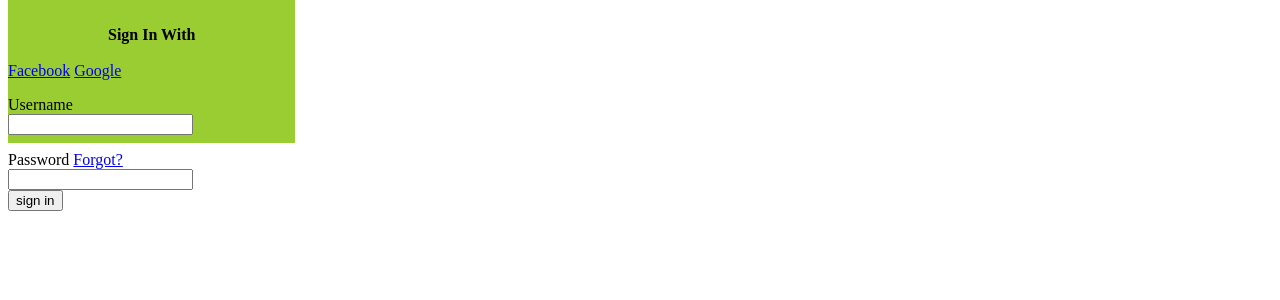
Repository: Tobby004/bdc-assignment-2
Page: index.html
The author's editor kept a copy of each file at every save. The page is drawn from the files as they stood at one save, then again after the next save.
The browser window is 1280 px wide. The pictures show the whole page.

Above is the page before, as saved 2023-02-09 06:48:39.

### index.html
<!DOCTYPE html>
<html lang="en">
<head>
    <meta charset="UTF-8">
    <meta http-equiv="X-UA-Compatible" content="IE=edge">
    <meta name="viewport" content="width=<device-width>, initial-scale=1.0">
    <title>Document</title>
    <link rel="stylesheet" href="task.css">
</head>
<body>
    <header>
    <div class="flex-container">
        <br>
            <b>
             Sign In With
            </b>
        <br>
        <br>
        <a href="#">
            Facebook</a>
            <a href="#">
                Google
            </a>
            </div>
        </header>

        <div class="form-input">
        <p>Username
            <br>
            <input type="text" placeholder="" />
        </p>
         <p>Password
            <a href="#">Forgot?</a>
            <br>
            <input type="password" /></
         </p>
         <br>
         <button>sign in</button>
        </div>

</body>
</html>

### task.css
*{
    border-sizing:border-box;
}
header b {
    background-color:yellowgreen ;
    display: flexbox;
    padding: 100px;
    width: 20px;
    max-width: 500%;
    justify-content: center;
}

After the next save:
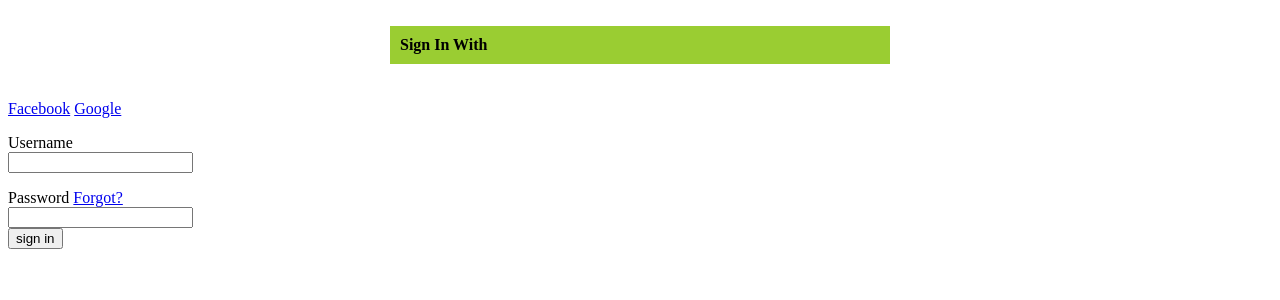
Saved 5 min 30 s later.
--- a/task.css
+++ b/task.css
@@ -1,11 +1,13 @@
 *{
-    border-sizing:border-box;
+    box-sizing:border-box;
 }
 header b {
     background-color:yellowgreen ;
-    display: flexbox;
-    padding: 100px;
-    width: 20px;
-    max-width: 500%;
+    display: block;
+    padding: 10px;
+
+    margin-right: auto;
+    margin-left: auto;
+    max-width: 500px;
     justify-content: center;
 }
